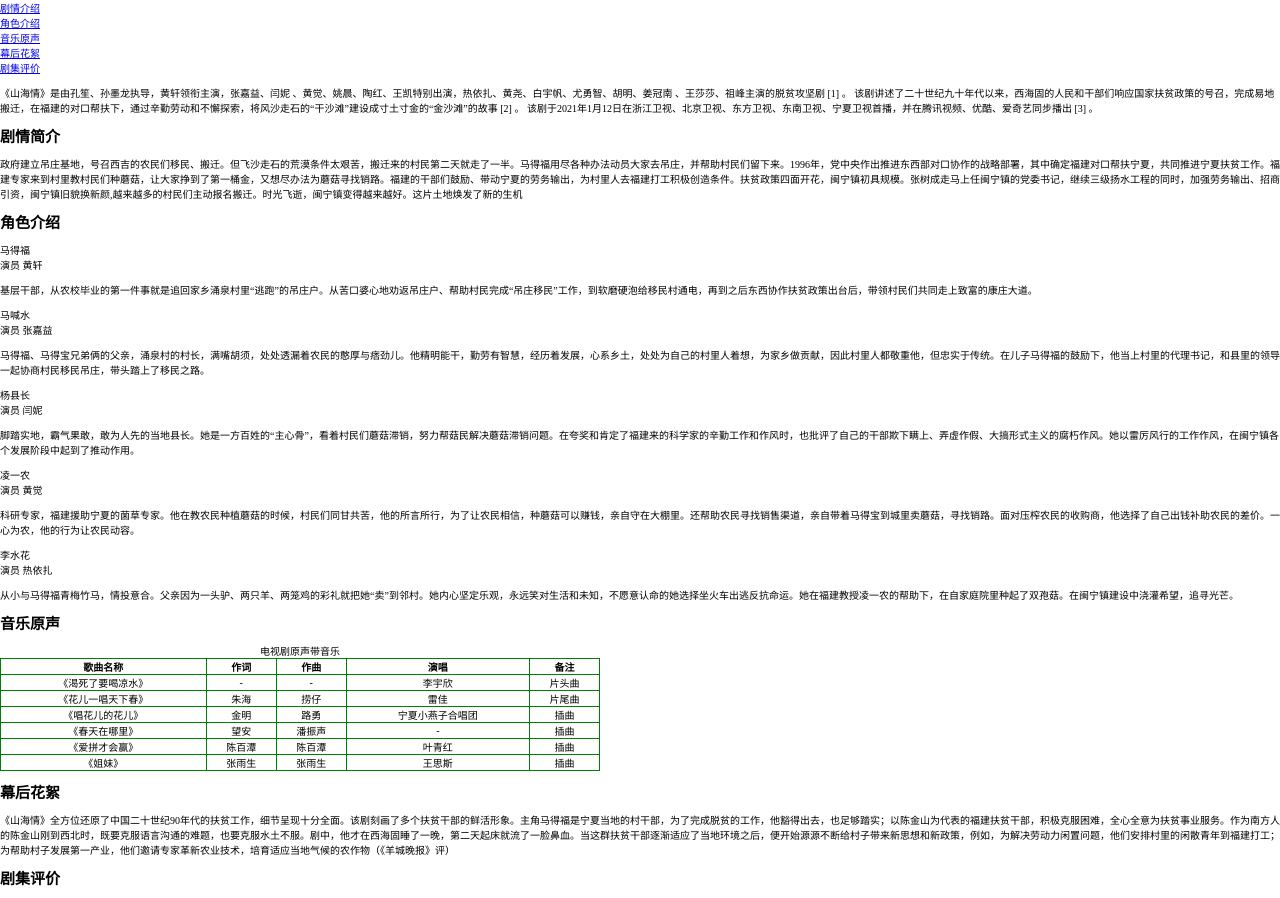
Repository: Lixianlai-2/static-website
Page: index.html
These files come from the project's save history. The page is drawn as it stood at one moment and after the next save; the edit follows.
The browser window is 1280 px wide. The pictures show the whole page.

Above is the page before, as saved 2021-11-30 20:39:56.

### index.html
<!DOCTYPE html>
<html lang="zh-CN">
  <head>
    <meta charset="UTF-8" />
    <meta http-equiv="X-UA-Compatible" content="IE=edge" />
    <meta
      name="viewport"
      content="width=device-width, initial-scale=1.0"
      content="ie=edge"
    />
    <title>山海情</title>

    <style>
      * {
        margin: 0;
        padding: 0;
        box-sizing: border-box;
      }

      body {
        font-size: 10px;
      }
      h2,
      p {
        margin: 10px 0;
      }

      img {
        max-width: 100%;
      }

      table {
        text-align: center;
        max-width: 100%;
        width: 600px;
        table-layout: auto;
        border-collapse: collapse;
        border-spacing: 0;
      }

      th,
      td {
        border: 1px solid green;
      }
    </style>
  </head>
  <body>
    <nav>
      <ol>
        <li><a href="#Plot">剧情介绍</a></li>
        <li><a href="#Role">角色介绍</a></li>
        <li><a href="#Music">音乐原声</a></li>
        <li><a href="#Tidbits">幕后花絮</a></li>
        <li><a href="#Evaluation">剧集评价</a></li>
      </ol>
    </nav>

    <p>
      《山海情》是由孔笙、孙墨龙执导，黄轩领衔主演，张嘉益、闫妮
      、黄觉、姚晨、陶红、王凯特别出演，热依扎、黄尧、白宇帆、尤勇智、胡明、姜冠南
      、王莎莎、祖峰主演的脱贫攻坚剧 [1] 。
      该剧讲述了二十世纪九十年代以来，西海固的人民和干部们响应国家扶贫政策的号召，完成易地搬迁，在福建的对口帮扶下，通过辛勤劳动和不懈探索，将风沙走石的“干沙滩”建设成寸土寸金的“金沙滩”的故事
      [2] 。
      该剧于2021年1月12日在浙江卫视、北京卫视、东方卫视、东南卫视、宁夏卫视首播，并在腾讯视频、优酷、爱奇艺同步播出
      [3] 。
    </p>

    <h2 id="Plot">剧情简介</h2>
    <p>
      政府建立吊庄基地，号召西吉的农民们移民、搬迁。但飞沙走石的荒漠条件太艰苦，搬迁来的村民第二天就走了一半。马得福用尽各种办法动员大家去吊庄，并帮助村民们留下来。1996年，党中央作出推进东西部对口协作的战略部署，其中确定福建对口帮扶宁夏，共同推进宁夏扶贫工作。福建专家来到村里教村民们种蘑菇，让大家挣到了第一桶金，又想尽办法为蘑菇寻找销路。福建的干部们鼓励、带动宁夏的劳务输出，为村里人去福建打工积极创造条件。扶贫政策四面开花，闽宁镇初具规模。张树成走马上任闽宁镇的党委书记，继续三级扬水工程的同时，加强劳务输出、招商引资，闽宁镇旧貌换新颜,越来越多的村民们主动报名搬迁。时光飞逝，闽宁镇变得越来越好。这片土地焕发了新的生机
    </p>

    <h2 id="Role">角色介绍</h2>

    <ul>
      <li>
        <dl>
          <dt>
            <!-- div.role-name>span.item-value+div.role-actor>span.item-key+span.item-value -->
            <div class="role-name">
              <span class="item-value">马得福</span>
              <div class="role-actor">
                <span class="item-key">演员</span>
                <span class="item-value">黄轩</span>
              </div>
            </div>
          </dt>
          <dl>
            <p>
              基层干部，从农校毕业的第一件事就是追回家乡涌泉村里“逃跑”的吊庄户。从苦口婆心地劝返吊庄户、帮助村民完成“吊庄移民”工作，到软磨硬泡给移民村通电，再到之后东西协作扶贫政策出台后，带领村民们共同走上致富的康庄大道。
            </p>
          </dl>
        </dl>
      </li>
      <li>
        <dl>
          <dt>
            <div class="role-name">
              <span class="item-value">马喊水</span>
              <div class="role-actor">
                <span class="item-key">演员</span
                ><span class="item-value"> 张嘉益</span>
                <dl>
                  <p>
                    马得福、马得宝兄弟俩的父亲，涌泉村的村长，满嘴胡须，处处透漏着农民的憨厚与痞劲儿。他精明能干，勤劳有智慧，经历着发展，心系乡土，处处为自己的村里人着想，为家乡做贡献，因此村里人都敬重他，但忠实于传统。在儿子马得福的鼓励下，他当上村里的代理书记，和县里的领导一起协商村民移民吊庄，带头踏上了移民之路。
                  </p>
                </dl>
              </div>
            </div>
          </dt>
        </dl>
      </li>
      <li>
        <dl>
          <dt>
            <div class="role-name">
              <span class="item-value">杨县长</span>
              <div class="role-actor">
                <span class="item-key">演员</span>
                <span class="item-value">闫妮</span>
                <dl>
                  <p>
                    脚踏实地，霸气果敢，敢为人先的当地县长。她是一方百姓的“主心骨”，看着村民们蘑菇滞销，努力帮菇民解决蘑菇滞销问题。在夸奖和肯定了福建来的科学家的辛勤工作和作风时，也批评了自己的干部欺下瞒上、弄虚作假、大搞形式主义的腐朽作风。她以雷厉风行的工作作风，在闽宁镇各个发展阶段中起到了推动作用。
                  </p>
                </dl>
              </div>
            </div>
          </dt>
        </dl>
      </li>
      <li>
        <dl>
          <dt>
            <div class="role-name">
              <span class="item-value">凌一农</span>
              <div class="role-actor">
                <span class="item-key">演员</span>
                <span class="item-value">黄觉</span>
                <dl>
                  <p>
                    科研专家，福建援助宁夏的菌草专家。他在教农民种植蘑菇的时候，村民们同甘共苦，他的所言所行，为了让农民相信，种蘑菇可以赚钱，亲自守在大棚里。还帮助农民寻找销售渠道，亲自带着马得宝到城里卖蘑菇，寻找销路。面对压榨农民的收购商，他选择了自己出钱补助农民的差价。一心为农，他的行为让农民动容。
                  </p>
                </dl>
              </div>
            </div>
          </dt>
        </dl>
      </li>
      <li>
        <dl>
          <dt>
            <div class="role-name">
              <span class="item-value">李水花</span>
              <div class="role-actor">
                <span class="item-key">演员</span>
                <span class="item-value">热依扎</span>
                <dl>
                  <p>
                    从小与马得福青梅竹马，情投意合。父亲因为一头驴、两只羊、两笼鸡的彩礼就把她“卖”到邻村。她内心坚定乐观，永远笑对生活和未知，不愿意认命的她选择坐火车出逃反抗命运。她在福建教授凌一农的帮助下，在自家庭院里种起了双孢菇。在闽宁镇建设中浇灌希望，追寻光芒。
                  </p>
                </dl>
              </div>
            </div>
          </dt>
        </dl>
      </li>
    </ul>

    <!-- ul>(li>dl>dt>div.role-name>span.item-value+div.role-actor>span.item-key+span.item-value+dl)*5 -->
    <!-- div.role-name>span.item-value+div.role-actor>span.item-key+span.item-value -->

    <h2 id="Music">音乐原声</h2>
    <table>
      <caption>
        电视剧原声带音乐
      </caption>
      <thead>
        <tr>
          <th>歌曲名称</th>
          <th>作词</th>
          <th>作曲</th>
          <th>演唱</th>
          <th>备注</th>
        </tr>
      </thead>
      <tbody>
        <tr>
          <td>《渴死了要喝凉水》</td>
          <td>-</td>
          <td>-</td>
          <td>李宇欣</td>
          <td>片头曲</td>
        </tr>
        <tr>
          <td>《花儿一唱天下春》</td>
          <td>朱海</td>
          <td>捞仔</td>
          <td>雷佳</td>
          <td>片尾曲</td>
        </tr>
        <tr>
          <td>《唱花儿的花儿》</td>
          <td>金明</td>
          <td>路勇</td>
          <td>宁夏小燕子合唱团</td>
          <td>插曲</td>
        </tr>
        <tr>
          <td>《春天在哪里》</td>
          <td>望安</td>
          <td>潘振声</td>
          <td>-</td>
          <td>插曲</td>
        </tr>
        <tr>
          <td>《爱拼才会赢》</td>
          <td>陈百潭</td>
          <td>陈百潭</td>
          <td>叶青红</td>
          <td>插曲</td>
        </tr>
        <tr>
          <td>《姐妹》</td>
          <td>张雨生</td>
          <td>张雨生</td>
          <td>王思斯</td>
          <td>插曲</td>
        </tr>
      </tbody>
      <tfoot></tfoot>
    </table>

    <h2 id="Tidbits">幕后花絮</h2>
    <div>
      《山海情》全方位还原了中国二十世纪90年代的扶贫工作，细节呈现十分全面。该剧刻画了多个扶贫干部的鲜活形象。主角马得福是宁夏当地的村干部，为了完成脱贫的工作，他豁得出去，也足够踏实；以陈金山为代表的福建扶贫干部，积极克服困难，全心全意为扶贫事业服务。作为南方人的陈金山刚到西北时，既要克服语言沟通的难题，也要克服水土不服。剧中，他才在西海固睡了一晚，第二天起床就流了一脸鼻血。当这群扶贫干部逐渐适应了当地环境之后，便开始源源不断给村子带来新思想和新政策，例如，为解决劳动力闲置问题，他们安排村里的闲散青年到福建打工；为帮助村子发展第一产业，他们邀请专家革新农业技术，培育适应当地气候的农作物（《羊城晚报》评）
    </div>
    <div></div>
    <div></div>
    <h2 id="Evaluation">剧集评价</h2>
  </body>
</html>

After the next save:
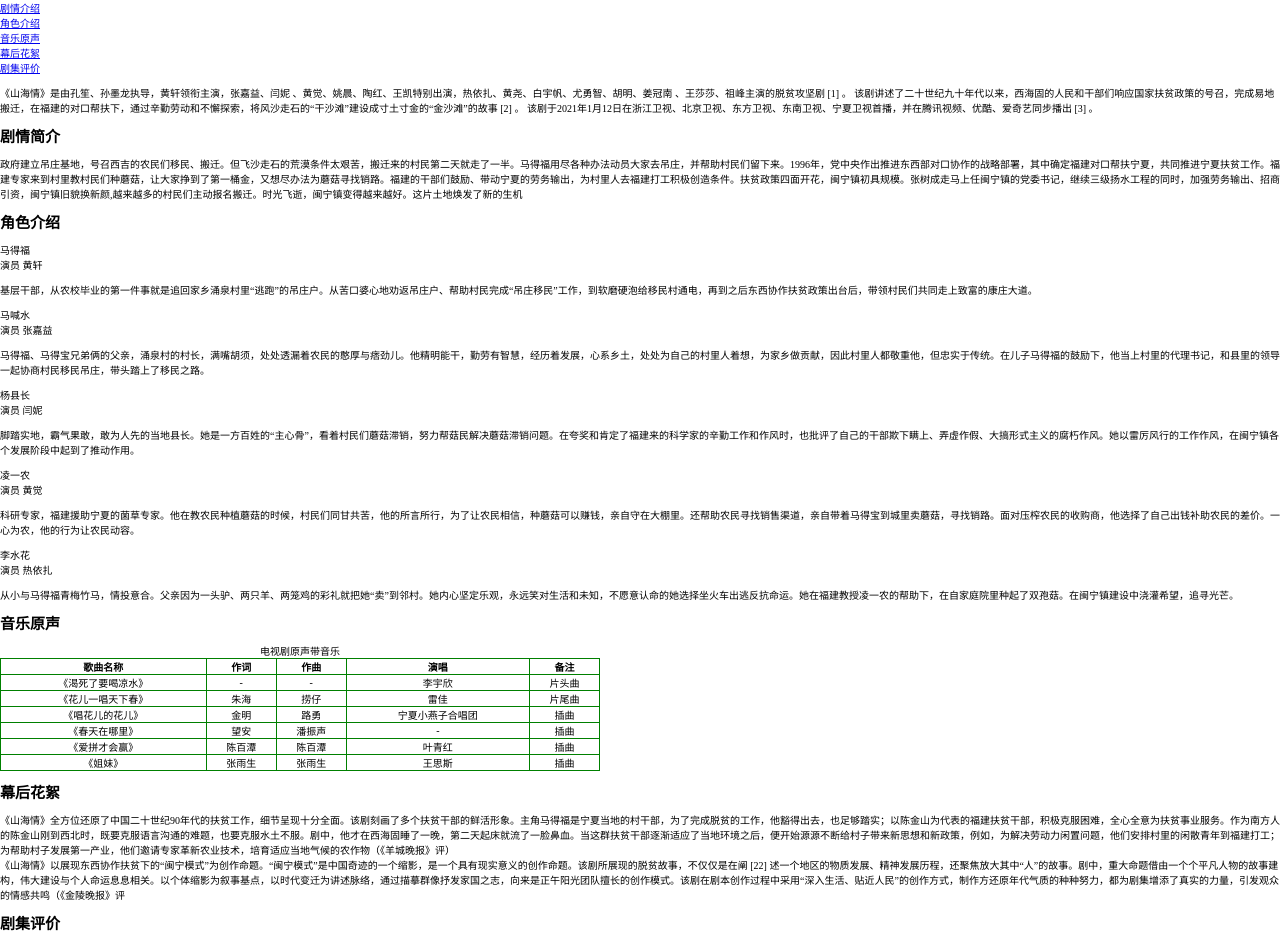
Saved 21 s later.
--- a/index.html
+++ b/index.html
@@ -234,7 +234,11 @@
     <div>
       《山海情》全方位还原了中国二十世纪90年代的扶贫工作，细节呈现十分全面。该剧刻画了多个扶贫干部的鲜活形象。主角马得福是宁夏当地的村干部，为了完成脱贫的工作，他豁得出去，也足够踏实；以陈金山为代表的福建扶贫干部，积极克服困难，全心全意为扶贫事业服务。作为南方人的陈金山刚到西北时，既要克服语言沟通的难题，也要克服水土不服。剧中，他才在西海固睡了一晚，第二天起床就流了一脸鼻血。当这群扶贫干部逐渐适应了当地环境之后，便开始源源不断给村子带来新思想和新政策，例如，为解决劳动力闲置问题，他们安排村里的闲散青年到福建打工；为帮助村子发展第一产业，他们邀请专家革新农业技术，培育适应当地气候的农作物（《羊城晚报》评）
     </div>
-    <div></div>
+    <div>
+      《山海情》以展现东西协作扶贫下的“闽宁模式”为创作命题。“闽宁模式”是中国奇迹的一个缩影，是一个具有现实意义的创作命题。该剧所展现的脱贫故事，不仅仅是在阐
+      [22]
+      述一个地区的物质发展、精神发展历程，还聚焦放大其中“人”的故事。剧中，重大命题借由一个个平凡人物的故事建构，伟大建设与个人命运息息相关。以个体缩影为叙事基点，以时代变迁为讲述脉络，通过描摹群像抒发家国之志，向来是正午阳光团队擅长的创作模式。该剧在剧本创作过程中采用“深入生活、贴近人民”的创作方式，制作方还原年代气质的种种努力，都为剧集增添了真实的力量，引发观众的情感共鸣（《金陵晚报》评
+    </div>
     <div></div>
     <h2 id="Evaluation">剧集评价</h2>
   </body>
